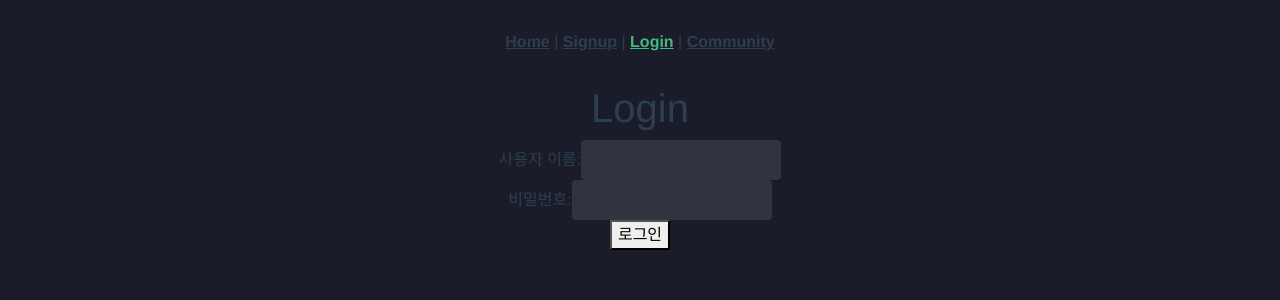
Repository: emoralVisionary/final_pjt_front
Page: /accounts/login
These files come from the project's save history. The page is drawn as it stood at one moment and after the next save; the edit follows.
The browser window is 1280 px wide. The pictures show the whole page.
The project was rebuilt for these pictures with package versions that can differ from the ones it lists, and the page was loaded fresh each time. Also part of the build but not shown: src/components/ReviewDetail.vue.

Above is the page before, as saved 2021-11-21 13:06:58.

After the next save:
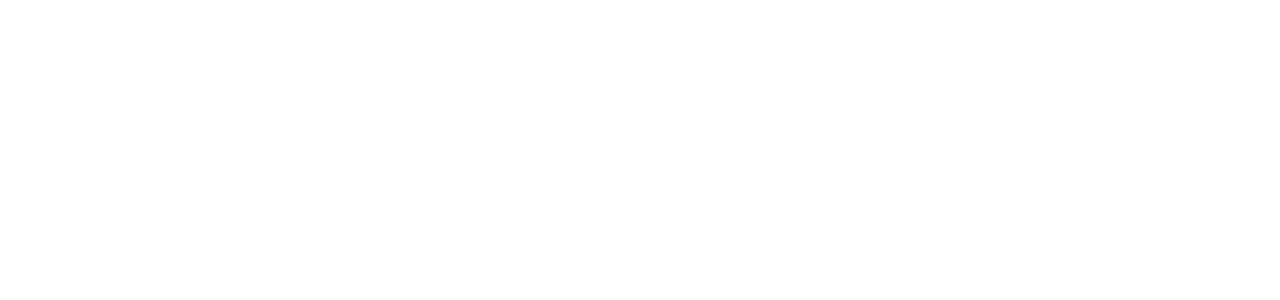
Console error: ReferenceError: mapState is not defined
Saved 30 s later.
--- a/src/views/community/Post.vue
+++ b/src/views/community/Post.vue
@@ -50,6 +50,9 @@
         })
         .catch(err => console.error(err))
     },
+  },
+  computed: {
+    ...mapState(['token']),
   }
 }
 </script>

After the 2 saves that followed:
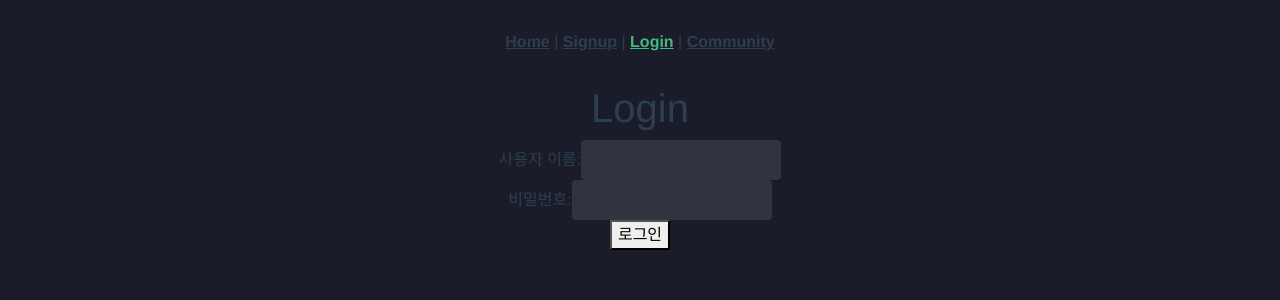
The error is gone.
The 2 saves are shown as one change because 1 left the picture as it was.
The last was saved 20 s later.
--- a/src/views/community/Post.vue
+++ b/src/views/community/Post.vue
@@ -22,6 +22,7 @@
 
 <script>
 import axios from 'axios'
+import { mapState } from 'vuex'
 
 export default {
   name: 'Post',
@@ -40,7 +41,7 @@
         method: 'post',
         url: "http://127.0.0.1:8000/community/",
         headers: this.token,
-        data: this.reviewForm,
+        data: this.PostForm,
       })
         .then(() => {
           // re-load movie
